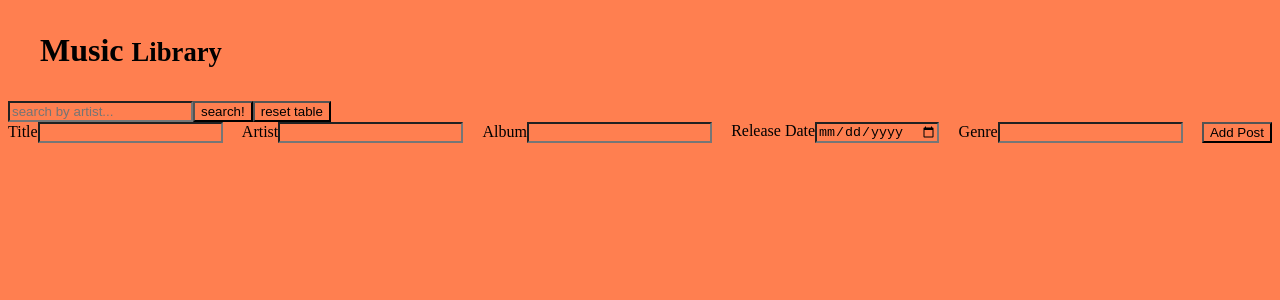
Repository: Jcparks84/Music_Library_frontend
Page: /
The author's editor kept a copy of each file at every save. The page is drawn from the files as they stood at one save, then again after the next save.
The browser window is 1280 px wide. The pictures show the whole page.
The page's requests for data from a server got no answer. The project was rebuilt for these pictures with package versions that can differ from the ones it lists, and the page was loaded fresh each time. No one was signed in, and anything a server would have sent is missing.

Above is the page before, as saved 2022-08-10 17:11:38.

After the next save:
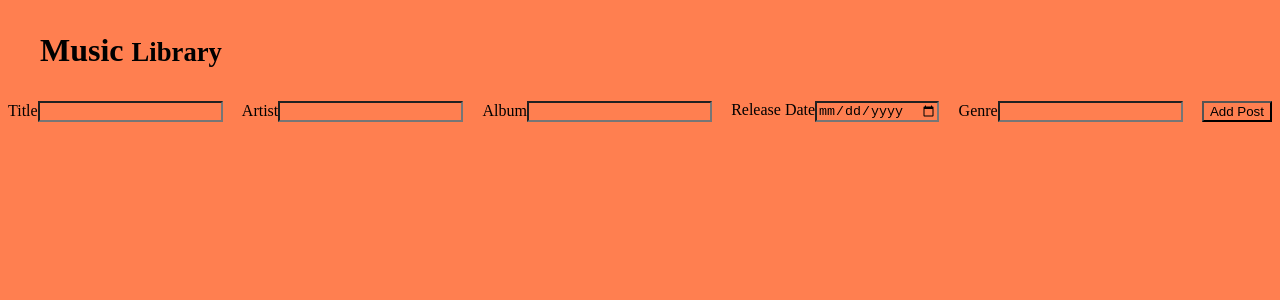
Saved 19 s later.
--- a/src/Components/NavBar/NavBar.jsx
+++ b/src/Components/NavBar/NavBar.jsx
@@ -10,7 +10,7 @@
     }
 
     return (
-        <div className="visuel">
+        <div className="visually-hidden">
             <form onSubmit={handleSubmit}>
             <input value={searchTerm} onChange={(e) => setSearchTerm(e.target.value)} type='text' placeholder='search by artist...'></input>
             <button type='submit'>search!</button>

After the save that followed:
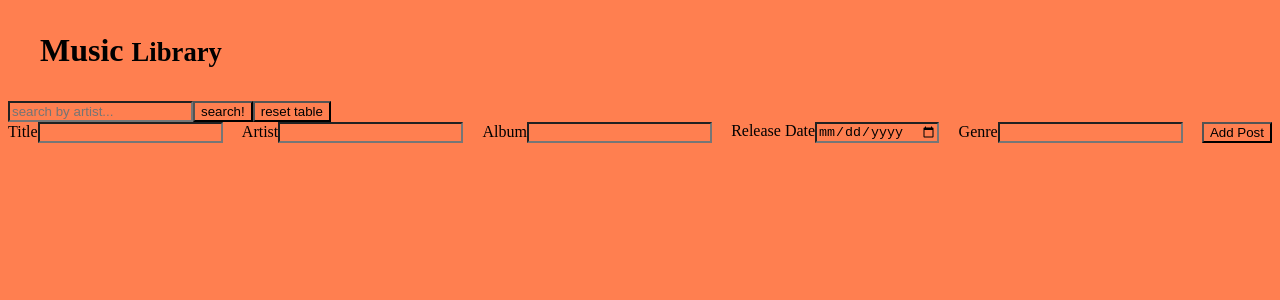
Saved 10 s later.
--- a/src/Components/NavBar/NavBar.jsx
+++ b/src/Components/NavBar/NavBar.jsx
@@ -10,7 +10,7 @@
     }
 
     return (
-        <div className="visually-hidden">
+        <div className="">
             <form onSubmit={handleSubmit}>
             <input value={searchTerm} onChange={(e) => setSearchTerm(e.target.value)} type='text' placeholder='search by artist...'></input>
             <button type='submit'>search!</button>
